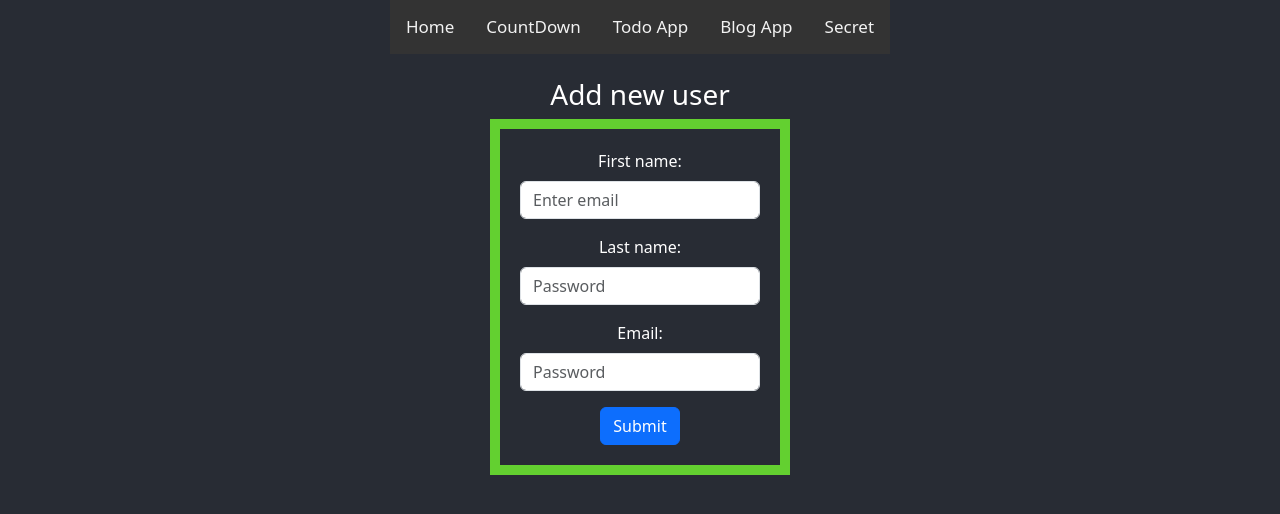
Repository: ThucSkin/React-hook-basic
Page: /add/user
An editor plug-in stored every save of this project. The page is shown before and after the next save, followed by the edit.
The browser window is 1280 px wide. The pictures show the whole page.
The project was rebuilt for these pictures with package versions that can differ from the ones it lists, and the page was loaded fresh each time. Also part of the build but not shown: src/views/Todo.js, src/views/TableApi/TableUser.scss, src/customize/Fetch.js, src/views/TableApi/TableApi.js, src/views/CountDown/countdown.js, src/views/Blog.js, src/views/BlogDetail.js.

Above is the page before, as saved 2023-06-12 00:41:20.

### src/App.js

import './App.scss';
import Nav from './views/Nav';
import Todo from './views/Todo';
import TableApi from './views/TableApi/TableApi';
import { CountDown } from './views/CountDown/countdown';
import { Routes, Route } from 'react-router-dom'
import { Blog } from './views/Blog';
import DetailBlog from './views/BlogDetail';
import { Container } from 'react-bootstrap';
import AddNewUser from './views/AddNewUser';
import 'bootstrap/dist/css/bootstrap.min.css';


const App = () => {
  return (
    <div className="App">
      <header className="App-header">
        <Nav />
        <Container className='container'>
          <Routes>
            <Route path='/' element={<TableApi />} />
            <Route path='/countdown' element={<CountDown />} />
            <Route path='/todo' element={<Todo />} />
            <Route path='/blog' element={<Blog />} />
            <Route path='/blog/:id' element={<DetailBlog />} />
            <Route path='/add/user' element={<AddNewUser />} />
          </Routes>
        </Container>
      </header>
    </div>
  );
}

export default App;

### src/App.scss
.App {
    text-align: center;
}

.App-logo {
    height: 10vmin;
    pointer-events: none;
}

@media (prefers-reduced-motion: no-preference) {
    .App-logo {
        animation: App-logo-spin infinite 20s linear;
    }
}

.App-header {
    background-color: #282c34;
    min-height: 100vh;
    display: flex;
    flex-direction: column;
    align-items: center;
    /* justify-content: center; */
    font-size: calc(10px + 2vmin);
    color: white;
}

.App-link {
    color: #61dafb;
}

@keyframes App-logo-spin {
    from {
        transform: rotate(0deg);
    }

    to {
        transform: rotate(360deg);
    }
}

.container {
    font-size: 16px;

}

### src/views/Nav.js
import { NavLink } from 'react-router-dom';
import './Nav.scss';
import 'bootstrap/dist/css/bootstrap.min.css';

const Nav = () => {
    return (
        <>
            <div className="topnav mb-4">
                <NavLink to="/" activeclassName="active">Home</NavLink>
                <NavLink to="/countdown">CountDown</NavLink>
                <NavLink to="/todo">Todo App</NavLink>
                <NavLink to="/blog">Blog App</NavLink>
                <NavLink to="/secrect">Secret</NavLink>
            </div>
        </>
    )
}

export default Nav;

### src/views/AddNewUser.js
import { useState } from 'react';
import Button from 'react-bootstrap/Button';
import Form from 'react-bootstrap/Form';

const AddNewUser = () => {
    const [fname, setFname] = useState('')
    const [lname, setLname] = useState('')
    const [email, setEmail] = useState('')

    const handleSubmit = (e) => {
        e.preventDefault();
        setFname('');
        setLname('');
        setEmail('');
        console.log(fname, lname, email);
    }

    return (
        <>
            <h3>Add new user</h3>
            <Form onSubmit={handleSubmit} className='form-add'>
                <Form.Group className="mb-3" controlId="formBasicEmail">
                    <Form.Label>First name:</Form.Label>
                    <Form.Control onChange={(e) => setFname(e.target.value)}
                        value={fname} type="text" placeholder="Enter email" />
                </Form.Group>

                <Form.Group className="mb-3" controlId="formBasicPassword">
                    <Form.Label>Last name:</Form.Label>
                    <Form.Control onChange={(e) => setLname(e.target.value)}
                        value={lname} type="text" placeholder="Password" />
                </Form.Group>

                <Form.Group className="mb-3" controlId="formBasicPassword">
                    <Form.Label>Email:</Form.Label>
                    <Form.Control onChange={(e) => setEmail(e.target.value)} value={email}
                        type="email" placeholder="Password" />
                </Form.Group>
                <Button variant="primary" type='submit'>
                    Submit
                </Button>
            </Form>
        </>
    );
}

export default AddNewUser;

### src/views/Nav.scss
body {
    margin: 0;
    font-family: Arial, Helvetica, sans-serif;

    .topnav {
        overflow: hidden;
        background-color: #333;

        a {
            float: left;
            color: #f2f2f2;
            text-align: center;
            padding: 14px 16px;
            text-decoration: none;
            font-size: 17px;
        }

        a:hover {
            background-color: #ddd;
            color: black;
        }

        a.active {
            background-color: #04AA6D;
            color: white;
        }
    }

    .form-add {
        width: 300px;
        margin: 0 auto;
        border: 10px solid rgb(99, 208, 48);
        padding: 20px;
    }
}

Loaded but not shown: public/index.html (common file); src/index.js (common file); src/index.css (common file); src/reportWebVitals.js (common file)

After the next save:
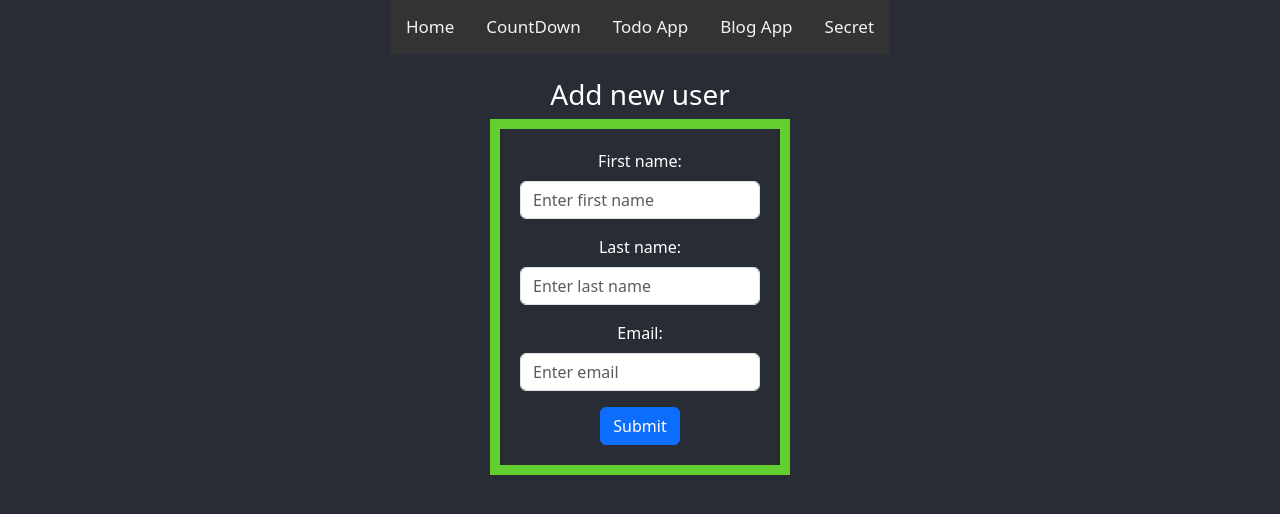
Saved 48 s later.
--- a/src/views/AddNewUser.js
+++ b/src/views/AddNewUser.js
@@ -22,19 +22,19 @@ const AddNewUser = () => {
                 <Form.Group className="mb-3" controlId="formBasicEmail">
                     <Form.Label>First name:</Form.Label>
                     <Form.Control onChange={(e) => setFname(e.target.value)}
-                        value={fname} type="text" placeholder="Enter email" />
+                        value={fname} type="text" placeholder="Enter first name" />
                 </Form.Group>
 
                 <Form.Group className="mb-3" controlId="formBasicPassword">
                     <Form.Label>Last name:</Form.Label>
                     <Form.Control onChange={(e) => setLname(e.target.value)}
-                        value={lname} type="text" placeholder="Password" />
+                        value={lname} type="text" placeholder="Enter last name" />
                 </Form.Group>
 
                 <Form.Group className="mb-3" controlId="formBasicPassword">
                     <Form.Label>Email:</Form.Label>
                     <Form.Control onChange={(e) => setEmail(e.target.value)} value={email}
-                        type="email" placeholder="Password" />
+                        type="email" placeholder="Enter email" />
                 </Form.Group>
                 <Button variant="primary" type='submit'>
                     Submit
